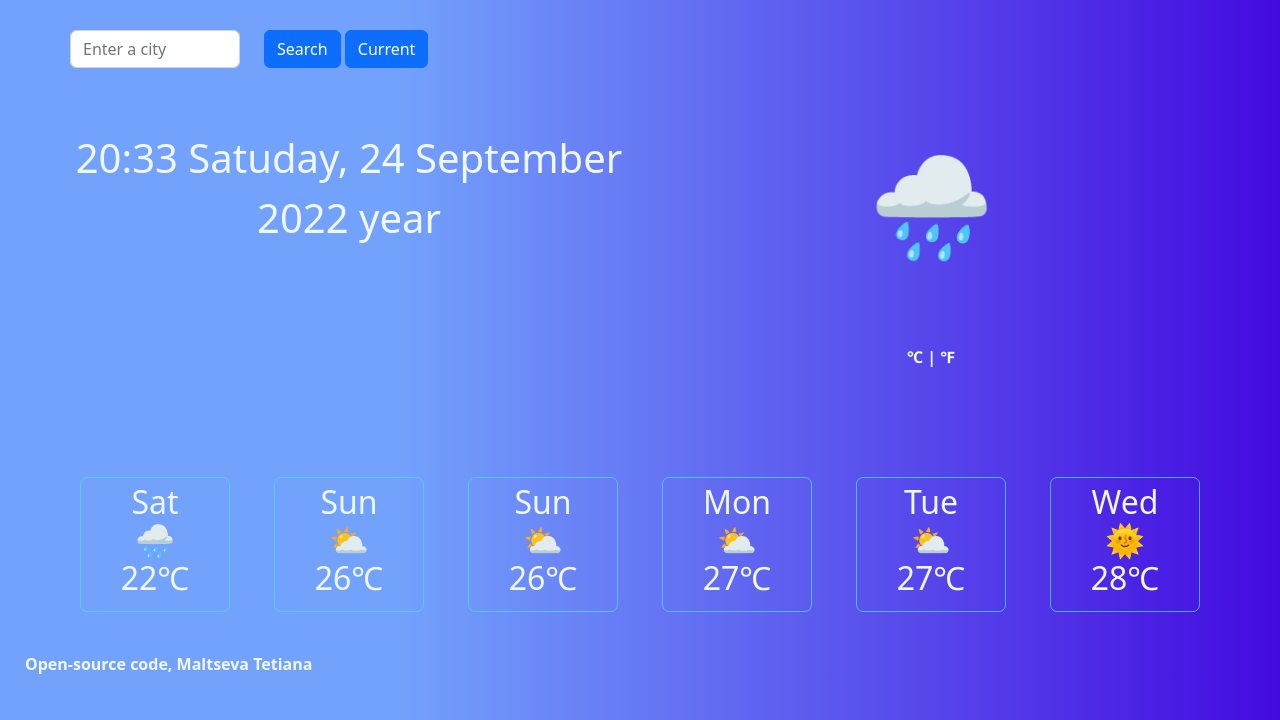
Repository: TetianaMaltseva/weather-maltseva
Page: index.html
An editor plug-in stored every save of this project. The page is shown before and after the next save, followed by the edit.
The browser window is 1280 px wide. The pictures show the whole page.
The page's requests for data from a server got no answer.

Above is the page before, as saved 2022-10-02 16:48:13.
Console error (its wording comes from the project's code and is left out).

### index.html
<!DOCTYPE html>
<html lang="en">
  <head>
    <meta charset="UTF-8" />
    <meta http-equiv="X-UA-Compatible" content="IE=edge" />
    <meta name="viewport" content="width=device-width, initial-scale=1.0" />
    <script src="https://unpkg.com/axios/dist/axios.min.js"></script>
    <title>Weather</title>
    <link
      href="https://cdn.jsdelivr.net/npm/bootstrap@5.2.0/dist/css/bootstrap.min.css"
      rel="stylesheet"
      integrity="sha384-gH2yIJqKdNHPEq0n4Mqa/HGKIhSkIHeL5AyhkYV8i59U5AR6csBvApHHNl/vI1Bx"
      crossorigin="anonymous"
    />
    <link rel="stylesheet" href="style.css" />
  </head>
  <body>
<section class="header">
    <div class="container">
        <div class="row">
            <div class="col-xl-4">
                <form class="feedback_form" id="form_city">
                    <div class="row">
                        <div class="col-6">
                            <div class="text_city">
                                <input type="text" class="form-control" id="input_city" placeholder="Enter a city"  aria-label="Input group example" aria-describedby="btnGroupAddon">
                             </div>
                        </div>
                        <div class="col-6">
                             <div class="button_city">
                                 <input class="btn btn-primary" type="submit" value="Search">
                                 <button type="button" class="btn btn-primary" id="geolocation">Current</button>
                            </div>
                        </div>
                </div>
                </form>
                <div class="button_geolocation">


               </div>
            </div>
            <div class="col-xl-8"></div>
        </div>
    </div>
</section>
<section class="main">
    <div class="container">
        <div class="row">
            <div class="col-6">
                <div class="weather">
                    <div id="current_town"></div>
                    <div id="current_date"></div>
                </div>
            </div>
            <div class="col-6">
                <div class="current_weather">
                    <div class="emoji" id="emoji">🌧</div>
                    <div class="number" id="num"></div>
                     <span id="temperature" class="temperature"></span>
                     <a href="#"id="sels">℃</a> |
                     <a href="#" id="fahr">℉</a>
                    <p id="description">
                    </p>
                </div>
            </div>
        </div>
    </div>
</section>
<section class="footer">
    <div class="container">
        <div class="row">
            <div class="col-2">
                <div class="sat">
                    <h2>
                      Sat <br />
                      🌧<br />
                      22℃
                    </h2>
                </div>
            </div>
            <div class="col-2">
                <div class="sun">
                    <h2>
                      Sun <br />
                      ⛅ <br />
                      26℃
                    </h2>
                  </div>
            </div>
            <div class="col-2">
                <div class="sun">
                    <h2>
                      Sun <br />
                      ⛅ <br />
                      26℃
                    </h2>
                </div>
            </div>
            <div class="col-2">
                <div class="mon">
                    <h2>
                      Mon <br />
                      ⛅ <br />
                      27℃
                    </h2>
                </div>
            </div>
            <div class="col-2">
                <div class="tue">
                    <h2>
                      Tue <br />
                      ⛅ <br />
                      27℃
                    </h2>
                </div>
            </div>
            <div class="col-2">
                <div class="wed">
                    <h2>
                      Wed <br />
                      🌞 <br />
                      28℃
                    </h2>
                </div>
            </div>
        </div>
    </div>
</section>
<section class="link">
   <div>
    <a href="https://github.com/TetianaMaltseva/weather-maltseva.git">Open-source code,</a>
   Maltseva Tetiana</div>
</section>
    <script src="appw.js" defer></script>
</body>
</html>

### style.css
body{
    background: linear-gradient(90deg, rgb(115, 162, 252) 31%, rgb(67, 10, 224) 100%);
    color: #f0f8ff;
    font-weight: bold;

}
a{
    text-decoration: none;
    color: #f0f8ff;
}
.container{
    padding: 30px 0 30px 0;
}
.weather,.current_weather {
    text-align: center;
}
#current_town,.emoji{
    font-size: 100px;
}
.number,.temperature,.fahrenheit{
    display: inline;
    font-size: 75px;
    font-weight: 200;
}
#current_date{
    font-size: 40px;
    font-weight: 200;
}

.submit {
    border: 1px solid rgba(71, 81, 226, 0.74);
    color: blue;
    transition: all 3ms ease-in-out;
  }
  .submit:hover {
    border: 2px solid blue;
    color: rgb(3, 3, 109);
  }
  .sat,.sun,.mon, .tue,.wed {
    text-align: center;
    padding: 5px;
    margin: 10px;
    border: 1px solid rgba(71, 221, 226, 0.74);
    border-radius: 7px;
  }
  .link{
    text-align: left;
    margin-left: 25px;
  }

### appw.js
let now = new Date();
let days = [
    'Sunday',
    'Monday',
    'Tuesday',
    'Wednesday',
    'Thursday',
    'Friday',
    'Satuday']
let day = days[now.getUTCDay()];
let date = now.getDate();
let months = [
    'January',
    'February',
    'March',
    'April',
    'May',
    'June',
    'July',
    'August',
    'September',
    'October',
    'November',
    'December']
let month = months[now.getUTCMonth()];
let year = now.getFullYear();
let hours = now.getUTCHours();
let minutes = now.getUTCMinutes();

hours = (hours < 10) ? '0' + hours : hours;
minutes = (minutes < 10) ? '0' + minutes : minutes;

let currentDate = document.querySelector("#current_date");
currentDate.innerHTML = ` ${hours}:${minutes} ${day}, ${date} ${month} ${year} year `; //  пятница, 2 сентября


function showWeather(response){
    //  console.log(response.data);
    temperatureCelsius = response.data.main.temp;

    document.querySelector("#current_town").innerHTML = response.data.name;
    document.querySelector('#temperature').innerHTML = Math.round(response.data.main.temp);
    document.querySelector('#description').innerHTML = response.data.weather[0].description;
  //  document.querySelector('#emoji').setAttributesetAttribute("src", `http://openweathermap.org/img/wn/${response.data.weather[0].icon}@2x.png`);

    getForecast(response.data.coord);
    }
    function getForecast(coordinates) {
      console.log(coordinates);
      let units = 'metric';
      let apiKey = '4edb0a7a27b92eb939536e22c879746a';
      let apiUrl = `https://api.openweathermap.org/data/2.5/onecall?lat=${coordinates.lat}&lon=${coordinates.lon}&appid=${apiKey}&units=${units}`;
      axios.get(apiUrl).then(displayForecast);
  }

    function searchCity(city) {
      let units = "metric";
      let apiKey = '4edb0a7a27b92eb939536e22c879746a';
      let apiUrl = `https://api.openweathermap.org/data/2.5/weather?q=${city}&appid=${apiKey}&units=${units}`;
      axios.get(apiUrl).then(showWeather);
  }
  function showCity(event) {
    event.preventDefault();
    let city = document.querySelector("#input_city").value;
    searchCity(city);
   }

     let form = document.querySelector("#form_city");
     form.addEventListener("submit", showCity);

     searchCity('Berlin');


     // geolocation

  function showLocation(position) {
    let currentLatitude = position.coords.latitude;
    let currentLongitude = position.coords.longitude;
    let units = "metric";
    let apiKey = '4edb0a7a27b92eb939536e22c879746a';
    let apiUrl = `https://api.openweathermap.org/data/2.5/weather?lat=${currentLatitude}&lon=${currentLongitude}&appid=${apiKey}&units=${units}`;
    axios.get(apiUrl).then(showWeather);
  }
  function getCurrentLocation(event) {
      event.preventDefault();
      navigator.geolocation.getCurrentPosition(showLocation);
  }
  let currentLocationButton = document.querySelector('#geolocation');
  currentLocationButton.addEventListener('click', getCurrentLocation);

After the next save:
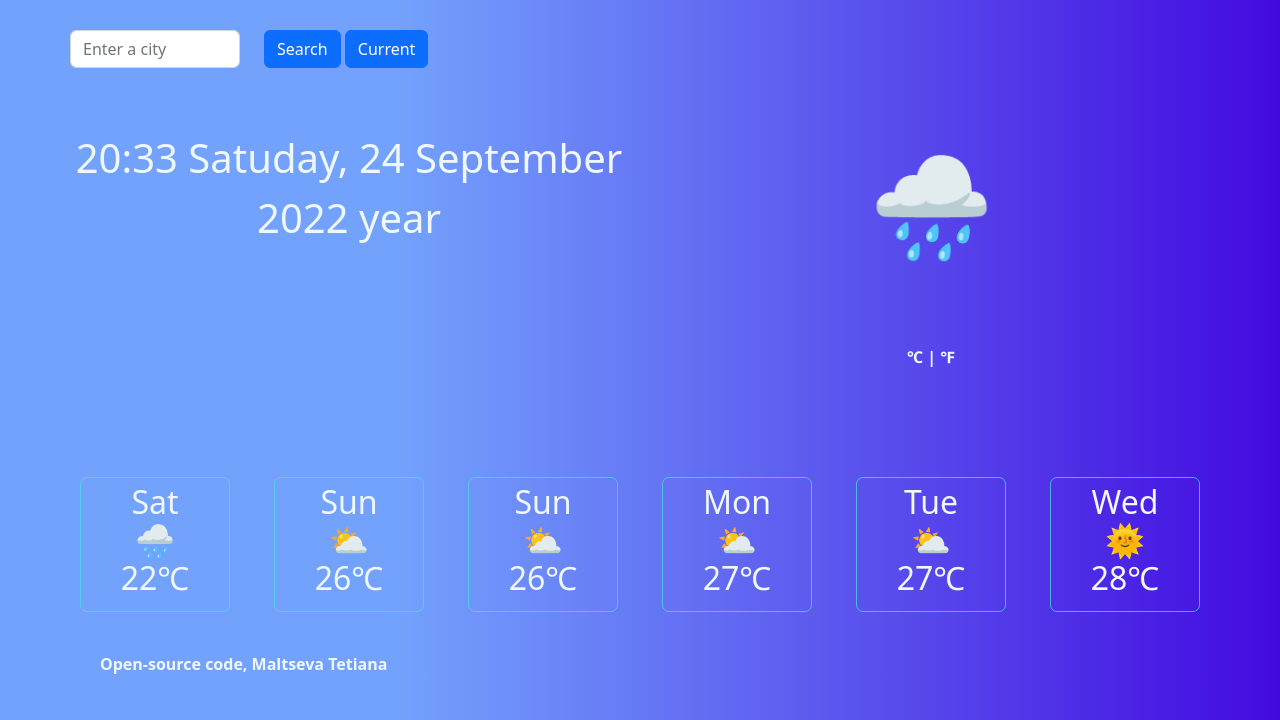
Saved 8 s later.
--- a/style.css
+++ b/style.css
@@ -45,5 +45,5 @@ a{
   }
   .link{
     text-align: left;
-    margin-left: 25px;
+    margin-left: 100px;
   }
